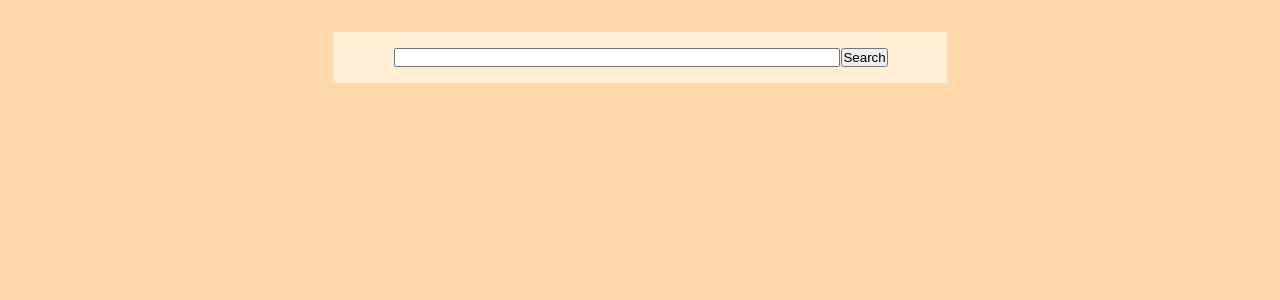
Repository: sandipkarmokar/recipeApp
Page: /
The author's editor kept a copy of each file at every save. The page is drawn from the files as they stood at one save, then again after a run of saves.
The browser window is 1280 px wide. The pictures show the whole page.
The project was rebuilt for these pictures with package versions that can differ from the ones it lists, and the page was loaded fresh each time.

Above is the page before, as saved 2022-04-16 11:50:53.

### src/App.js
import { useState } from 'react';
import './App.css';
import SearchBar from './components/searchBar';

const App = () => {
    const [query, setQuery] = useState('');
    const [recipeList, setRecipeList] = useState([]);
    const [isLoading, setIsLoading] = useState(true);
    const [recipeId, setRecipeId] = useState('');

    const url = `https://forkify-api.herokuapp.com/api/search?q=${query}`;
    const recipeUrl = `https://forkify-api.herokuapp.com/api/get?rId=${recipeId}`;

    return (
        <div className="app">
            <div className="app-container">
                <SearchBar></SearchBar>
            </div>
        </div>
    );
};

export default App;

### src/App.css
* {
    margin: 0;
    padding: 0;
    box-sizing: border-box;
}

.app {
    height: 100vh;
    width: 100vw;
    background-color: #fed7aa;
}

.app .app-container {
    margin: 0 auto;
    width: 80%;
    padding: 2rem 0;
    display: flex;
    justify-content: center;
}

.app .app-container .searchBar {
    width: 60%;
    background-color: #ffedd5;
    padding: 1rem 2rem;
}
.app .app-container .searchBar .searchBar-container {
    width: 90%;
    margin: 0 auto;
    display: flex;
    justify-content: center;
}
.app .app-container .searchBar .searchBar-container input {
    width: 90%;
    margin: 0 auto;
    display: flex;
    justify-content: center;
}

### src/components/searchBar.js
import React from 'react';

const SearchBar = () => {
    return (
        <div className="searchBar">
            <form className="searchBar-container">
                <input type="text" />
                <button type="submit">Search</button>
            </form>
        </div>
    );
};

export default SearchBar;

Loaded but not shown: public/index.html (common file); src/index.js (common file); src/index.css (common file); src/reportWebVitals.js (common file)

After the next 2 saves:
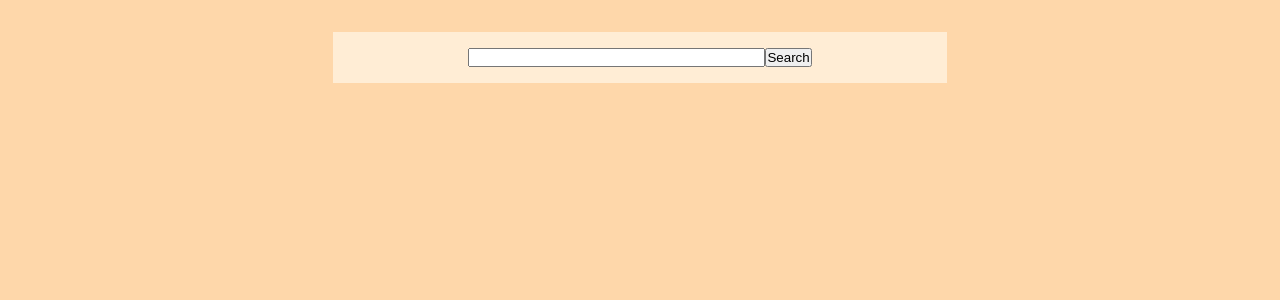
The 2 saves are shown as one change because they came seconds apart.
The last was saved 8 s later.
--- a/src/App.css
+++ b/src/App.css
@@ -30,8 +30,5 @@
     justify-content: center;
 }
 .app .app-container .searchBar .searchBar-container input {
-    width: 90%;
-    margin: 0 auto;
-    display: flex;
-    justify-content: center;
+    width: 60%;
 }
